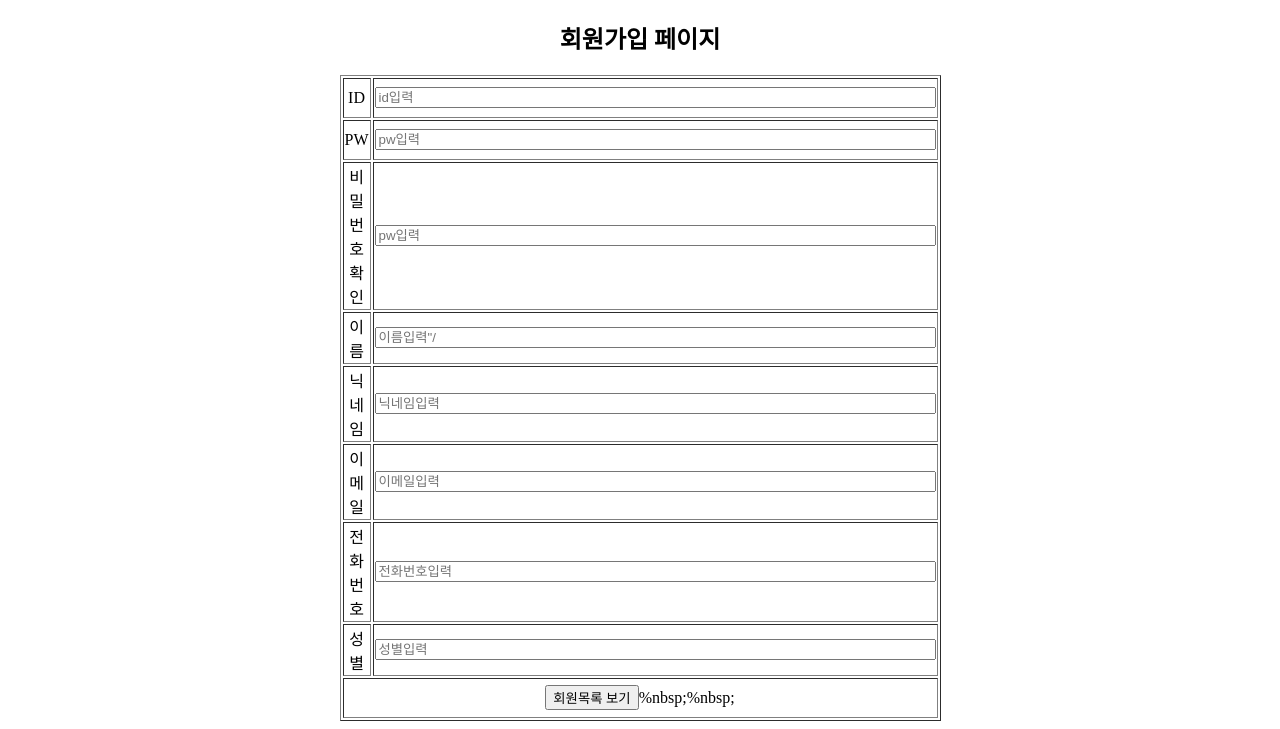
Repository: Served01/Project2_2209
Page: http://localhost/bookReviewProgram/memberinsertform.jsp
These files come from the project's save history. The page is drawn as it stood at one moment and after the next save; the edit follows.
The browser window is 1280 px wide. The pictures show the whole page.
The page is served by Tomcat 9. Other server files are loaded and not shown.

Above is the page before, as saved 2022-09-21 05:17:28.

### bookReviewProgram/src/main/webapp/memberinsertform.jsp
<%@ page language="java" contentType="text/html; charset=UTF-8"
    pageEncoding="UTF-8"%>
<!DOCTYPE html>
<html>
<head>
<meta charset="UTF-8">
<title>회원가입 페이지</title>
</head>
<body>
<h2 align = "center">회원가입 페이지</h2>
<form action = "memberinsertform.Pro.jsp" methos = "post" align = "center">
	<table border = "1" align = "center" width = "600">
		<tr height = "40" align = "center">
			<td width = "150">ID</td>
			<td width = "250"><input type = "text" name = "id" size = "67" placeholder="id입력"/></td>
		</tr>
		<tr height = "40" align = "center">
			<td width = "150">PW</td>
			<td width = "250"><input type = "text" name = "pw" size = "67" placeholder="pw입력"/></td>
		</tr>
		<tr height = "40" align = "center">
			<td width = "150">비밀번호 확인</td>
			<td width = "250"><input type = "text" name = "pw2" size = "67" placeholder="pw입력"/></td>
		</tr>
		<tr height = "40" align = "center">
			<td width = "150">이름</td>
			<td width = "250"><input type = "text" name = "name" size = "67" placeholder=이름입력"/></td>
		</tr>
		<tr height = "40" align = "center">
			<td width = "150">닉네임</td>
			<td width = "250"><input type = "text" name = "nick" size = "67" placeholder="닉네임입력"/></td>
		</tr>
		<tr height = "40" align = "center">
			<td width = "150">이메일</td>
			<td width = "250"><input type = "text" name = "email" size = "67" placeholder="이메일입력"/></td>
		</tr>
		<tr height = "40" align = "center">
			<td width = "150">전화번호</td>
			<td width = "250"><input type = "text" name = "tel" size = "67" placeholder="전화번호입력"/></td>
		</tr>
		<tr height = "40" align = "center">
			<td width = "150">성별</td>
			<td width = "250"><input type = "text" name = "gender" size = "67" placeholder="성별입력"/></td>
		</tr>
		<tr height = "40" align = "center">
			<td colspan = "2">
				<input type = "button" value = "회원목록 보기" onclick = "localtion.href = 'memberselectPro'"/>%nbsp;%nbsp;
				<inptu type = "submit" value =
		</tr>
	</table>
</form>
</body>
</html>

After the next save:
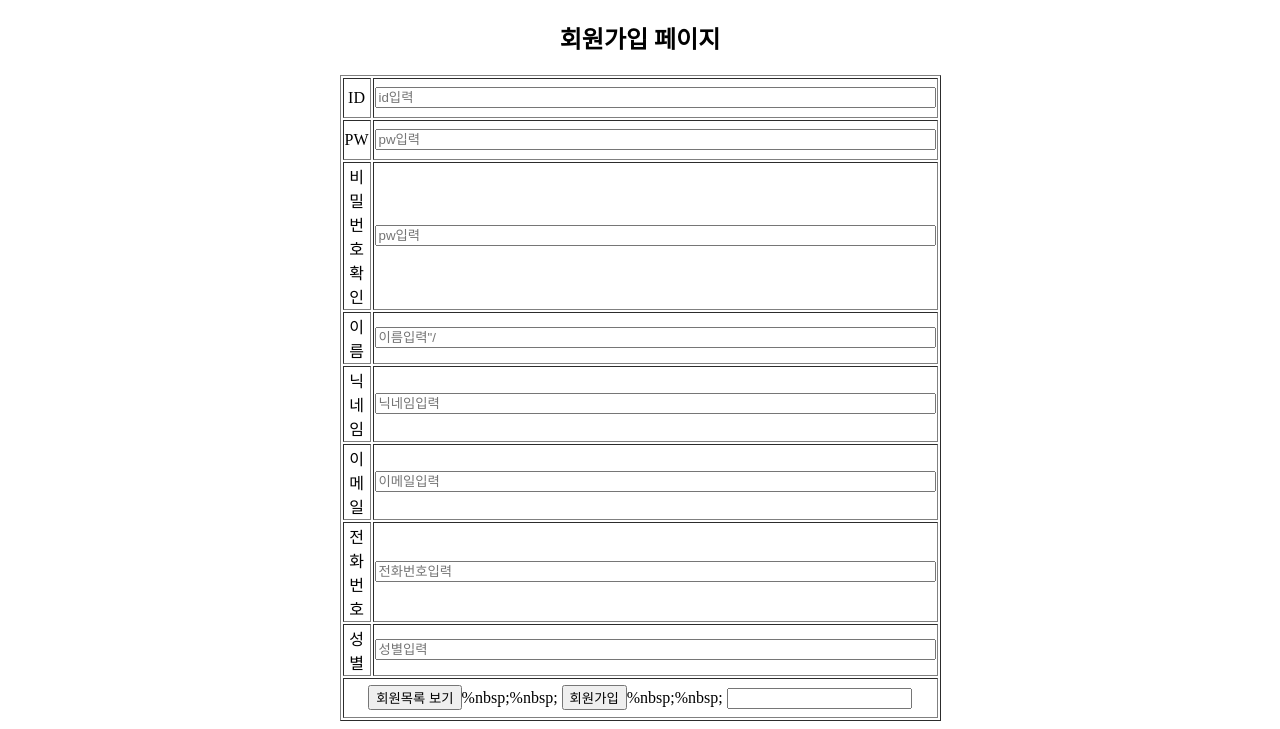
Saved 2 min 19 s later.
--- a/bookReviewProgram/src/main/webapp/memberinsertform.jsp
+++ b/bookReviewProgram/src/main/webapp/memberinsertform.jsp
@@ -45,7 +45,8 @@
 		<tr height = "40" align = "center">
 			<td colspan = "2">
 				<input type = "button" value = "회원목록 보기" onclick = "localtion.href = 'memberselectPro'"/>%nbsp;%nbsp;
-				<inptu type = "submit" value =
+				<input type = "submit" value = "회원가입"/>%nbsp;%nbsp;
+				<input
 		</tr>
 	</table>
 </form>
